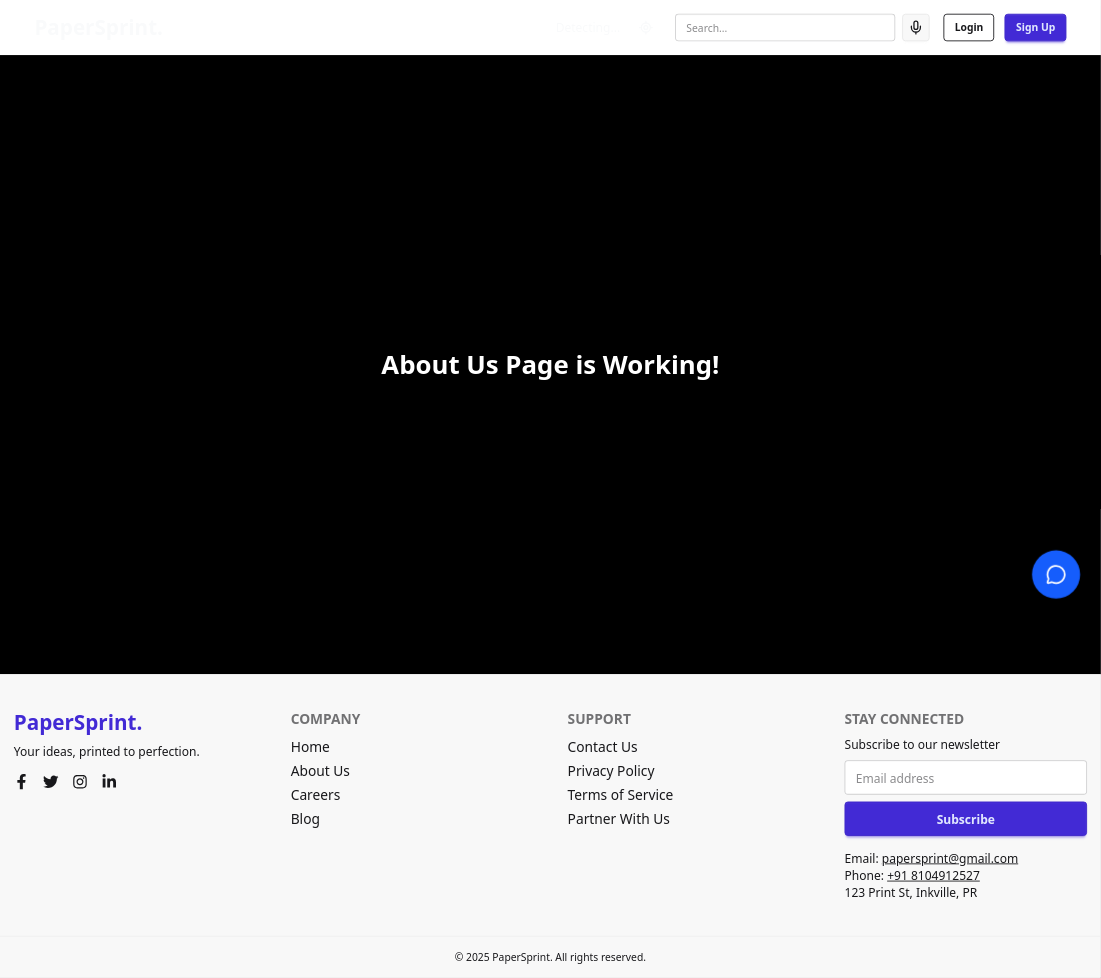
Repository: rakheOmar/print-sprint-2.0
Page: /about-us (app in client/)
An editor plug-in stored every save of this project. The page is shown before and after the next save, followed by the edit.
The browser window is 1280 px wide. The pictures show the whole page, at 86% of full size.
The page's requests for data from a server got no answer. The project was rebuilt for these pictures with package versions that can differ from the ones it lists, and the page was loaded fresh each time. Some packages were replaced by stand-ins written for this rebuild. No one was signed in, and anything a server would have sent is missing. Also part of the build but not shown: client/vite.config.js, client/src/components/LoginPage.jsx, client/src/components/SignUpPage.jsx, client/src/components/AuthModal.jsx, client/src/components/PartnerWithUs.jsx, client/src/components/DocumentSubmit.jsx, client/src/components/PaymentButton.jsx, client/src/components/Cart.jsx and 5 more.

Above is the page before, as saved 2025-07-24 23:53:54.

After the next save:
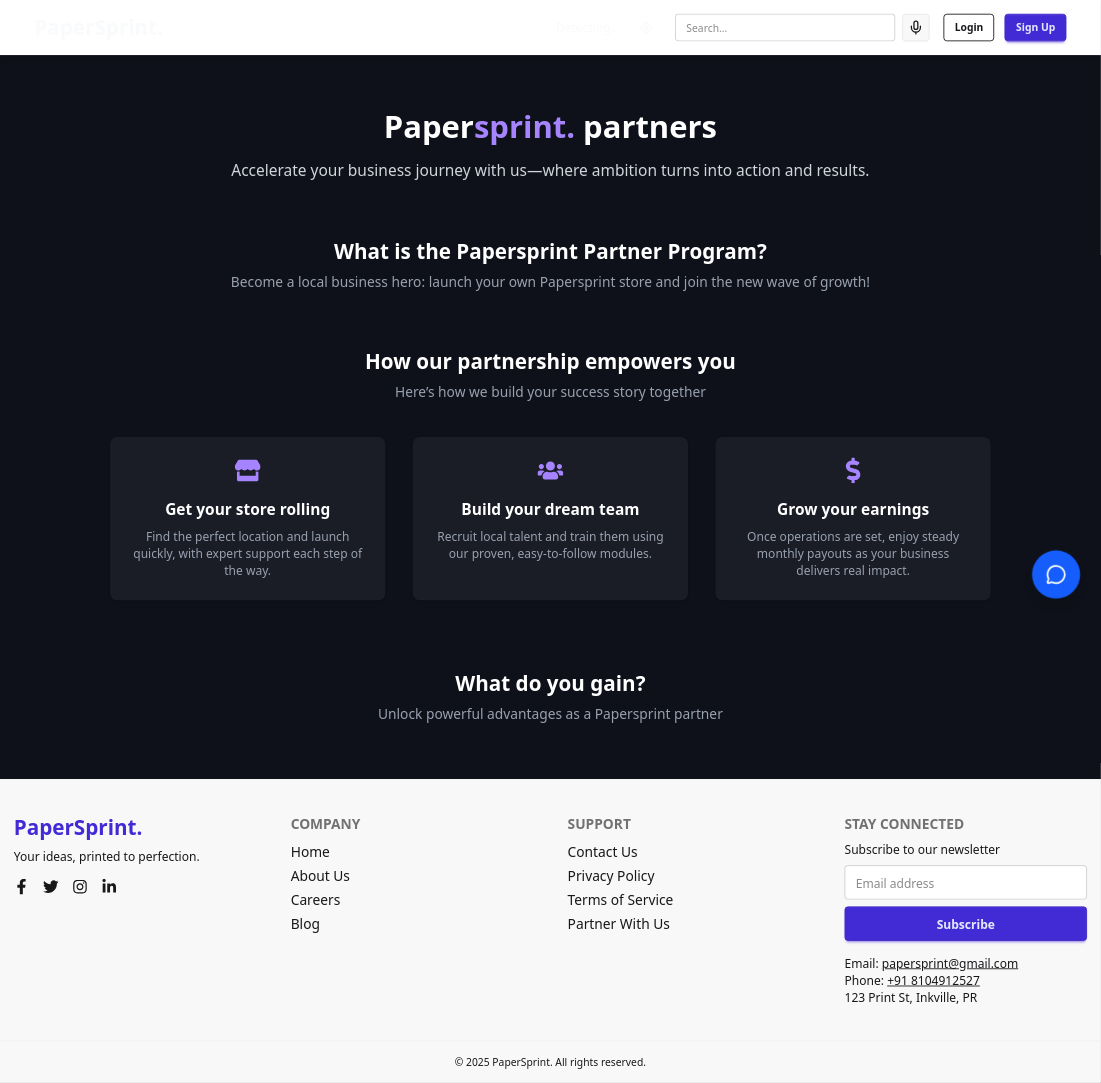
Saved 57 s later.
--- a/client/src/components/AboutUs.jsx
+++ b/client/src/components/AboutUs.jsx
@@ -1,11 +1,61 @@
 import { FaStore, FaUsers, FaDollarSign } from 'react-icons/fa';
 
-const AboutUs = () => {
+function AboutUs() {
   return (
-    <div className="bg-black text-white min-h-screen flex items-center justify-center">
-      <h1 className="text-3xl font-bold text-center">About Us Page is Working!</h1>
+    <div className="bg-[#0f111a] text-white min-h-screen py-16 px-4">
+      <div className="max-w-5xl mx-auto text-center">
+        <h1 className="text-4xl font-bold">
+          Paper<span className="text-violet-400">sprint.</span> <span className="text-white">partners</span>
+        </h1>
+        <p className="text-lg mt-4 text-gray-300">
+          Accelerate your business journey with us—where ambition turns into action and results.
+        </p>
+
+        <div className="mt-16">
+          <h2 className="text-2xl font-semibold">What is the Papersprint Partner Program?</h2>
+          <p className="mt-2 text-gray-400">
+            Become a local business hero: launch your own Papersprint store and join the new wave of growth!
+          </p>
+        </div>
+
+        <div className="mt-16">
+          <h2 className="text-2xl font-semibold">How our partnership empowers you</h2>
+          <p className="text-gray-400 mt-2">Here’s how we build your success story together</p>
+
+          <div className="grid md:grid-cols-3 gap-8 mt-10">
+            <div className="bg-[#1a1c26] p-6 rounded-lg shadow hover:shadow-lg transition">
+              <FaStore className="text-violet-400 text-3xl mb-4 mx-auto" />
+              <h3 className="text-lg font-semibold">Get your store rolling</h3>
+              <p className="text-gray-400 mt-2 text-sm">
+                Find the perfect location and launch quickly, with expert support each step of the way.
+              </p>
+            </div>
+
+            <div className="bg-[#1a1c26] p-6 rounded-lg shadow hover:shadow-lg transition">
+              <FaUsers className="text-violet-400 text-3xl mb-4 mx-auto" />
+              <h3 className="text-lg font-semibold">Build your dream team</h3>
+              <p className="text-gray-400 mt-2 text-sm">
+                Recruit local talent and train them using our proven, easy-to-follow modules.
+              </p>
+            </div>
+
+            <div className="bg-[#1a1c26] p-6 rounded-lg shadow hover:shadow-lg transition">
+              <FaDollarSign className="text-violet-400 text-3xl mb-4 mx-auto" />
+              <h3 className="text-lg font-semibold">Grow your earnings</h3>
+              <p className="text-gray-400 mt-2 text-sm">
+                Once operations are set, enjoy steady monthly payouts as your business delivers real impact.
+              </p>
+            </div>
+          </div>
+        </div>
+
+        <div className="mt-20">
+          <h2 className="text-2xl font-semibold">What do you gain?</h2>
+          <p className="text-gray-400 mt-2">Unlock powerful advantages as a Papersprint partner</p>
+        </div>
+      </div>
     </div>
   );
-};
+}
 
 export default AboutUs;
